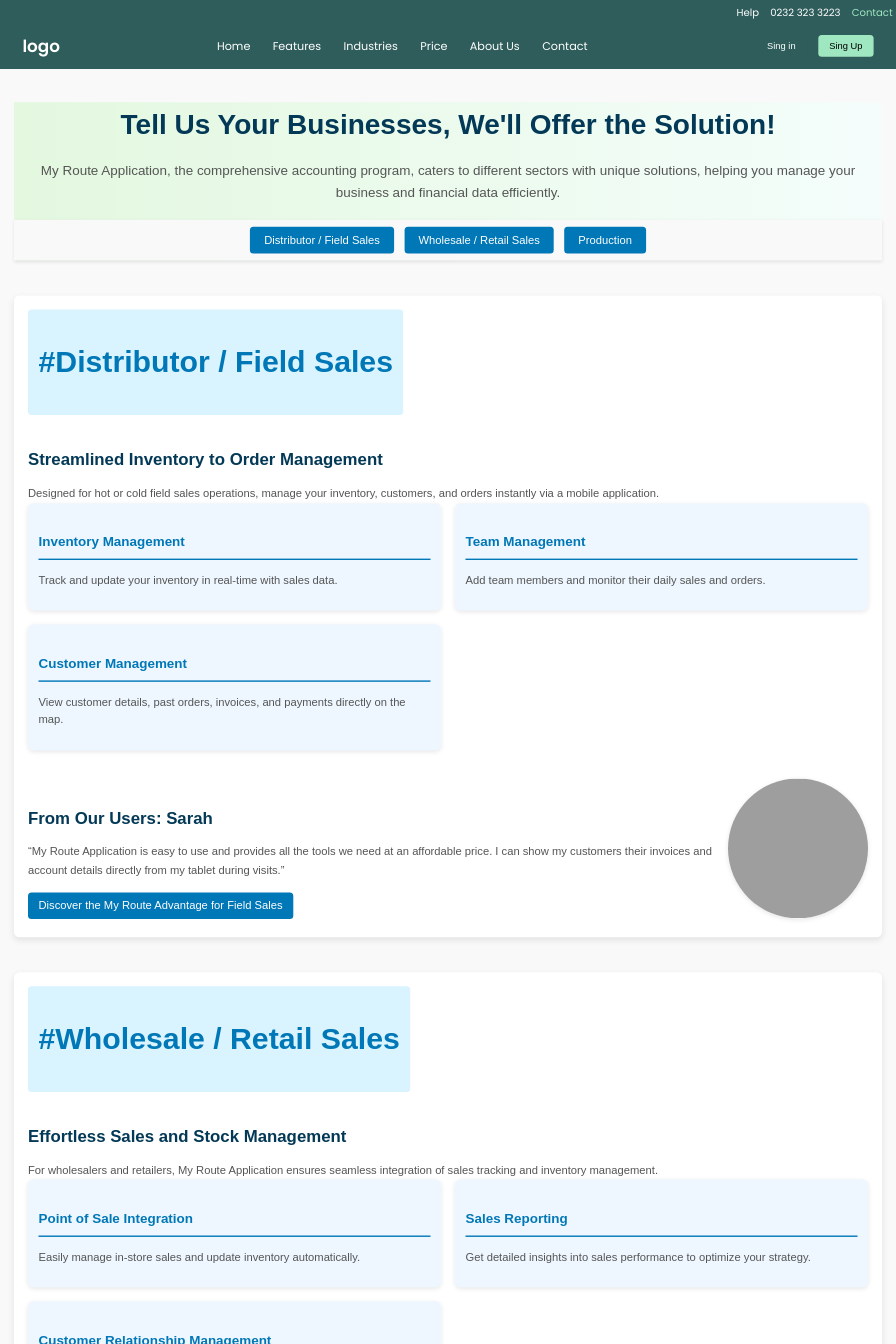
Repository: senolinanyasar/myrouteapplication
Page: /industries
These files come from the project's save history. The page is drawn as it stood at one moment and after the next save; the edit follows.
The browser window is 1280 px wide. The pictures show the part of the page from y = 0 to 1920 px (the page is 3764 px tall), at 70% of full size.
Pictures or frames that could not be fetched are drawn as grey boxes. The project was rebuilt for these pictures with package versions that can differ from the ones it lists, and the page was loaded fresh each time. Also part of the build but not shown: vite.config.js, src/components/HeroSection.css, src/components/HeroSection.js, src/components/FeaturesSection.css, src/components/FeaturesSection.js, src/components/PricingSection.css, src/components/PricingSection.js, src/components/SupportSection.css and 6 more.

Above is the page before, as saved 2024-11-17 22:44:36.

After the next save:
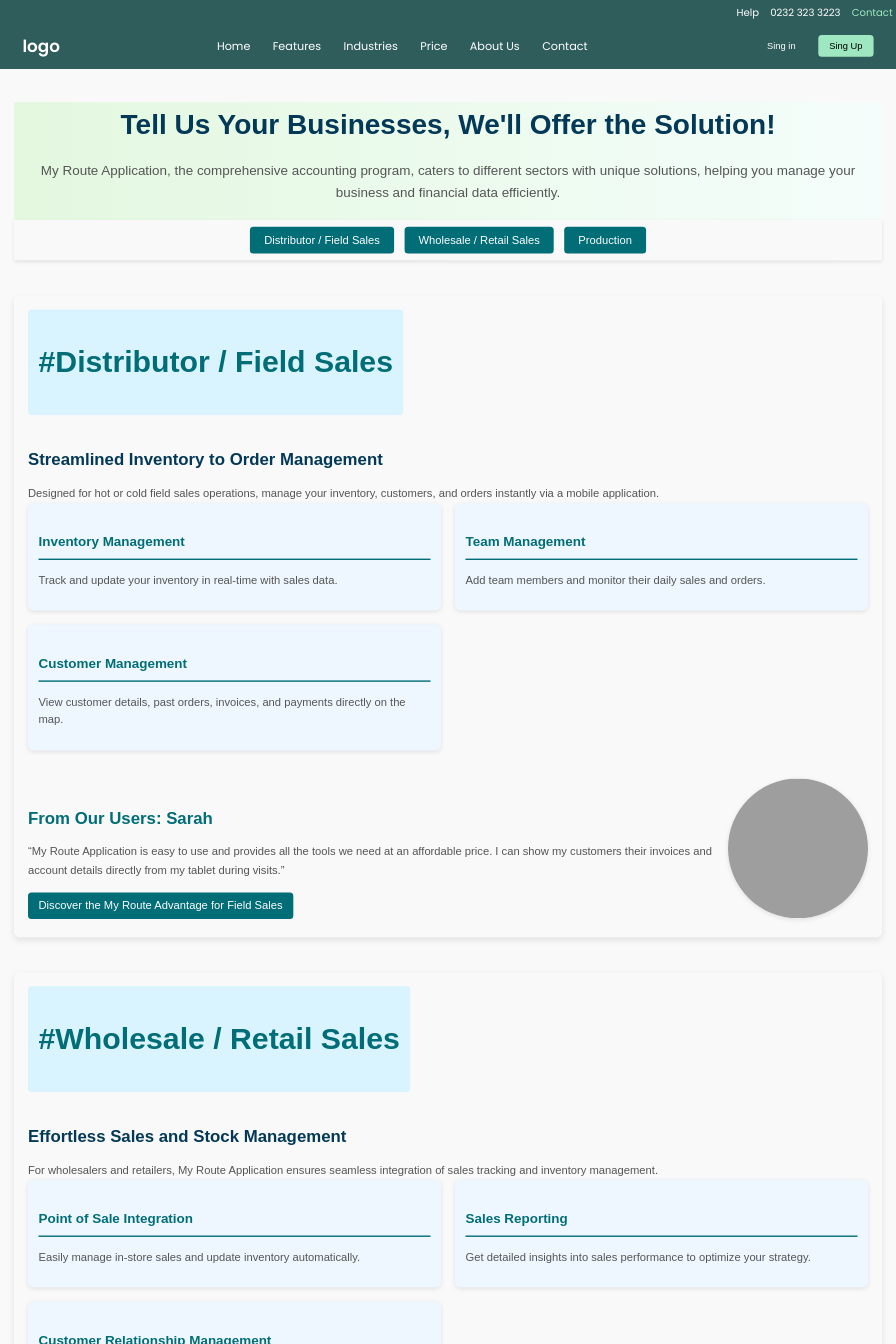
Saved 3 min 25 s later.
--- a/src/components/IndustriesPage.css
+++ b/src/components/IndustriesPage.css
@@ -43,7 +43,7 @@
     padding: 10px 20px;
     border: none;
     border-radius: 5px;
-    background-color: #0077b6;
+    background-color: #006d77;
     color: #fff;
     cursor: pointer;
     font-size: 1rem;
@@ -57,7 +57,7 @@
 .industry-section {
     padding: 20px;
     margin: 50px 0;
-    background-color: #fff;
+    background-color: #f9f9f9;
     border-radius: 8px;
     box-shadow: 0 4px 10px rgba(0, 0, 0, 0.1);
 }
@@ -65,7 +65,7 @@
 .industry-title-box {
     font-size: 1.8rem;
     background-color: #d9f3ff;
-    color: #0077b6;
+    color: #006d77;
     padding: 5px 15px;
     display: inline-block;
     border-radius: 5px;
@@ -100,14 +100,14 @@
 .industry-feature h4 {
     font-size: 1.2rem;
     margin-bottom: 8px;
-    color: #0077b6;
+    color: #006d77;
 
 }
 
 .feature-divider {
     width: 100%;
     height: 2px;
-    background-color: #0077b6;
+    background-color: #006d77;
     margin-bottom: 10px;
 }
 .industry-feature p {
@@ -129,7 +129,7 @@
 .testimonial-text h4 {
     font-size: 1.5rem;
     margin-bottom: 10px;
-    color: #033956;
+    color: #006d77;
     margin-bottom: 10px;
 }
 
@@ -142,7 +142,7 @@
 .testimonial-button {
     padding: 10px 15px;
     border: none;
-    background-color: #0077b6;
+    background-color: #006d77;
     color: white;
     border-radius: 5px;
     cursor: pointer;
